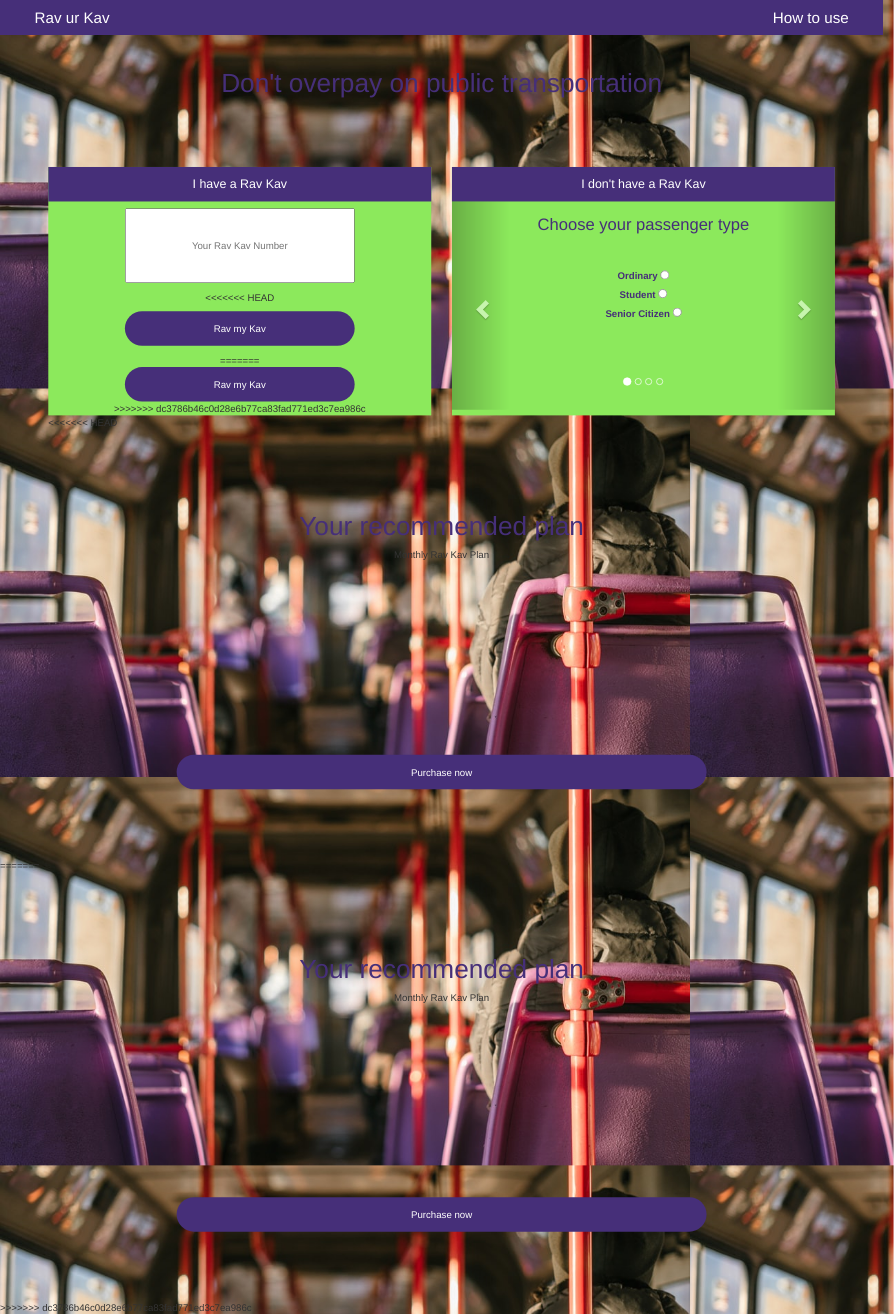
Repository: Louhla/Rav-ur-Kav
Page: index.html
The author's editor kept a copy of each file at every save. The page is drawn from the files as they stood at one save, then again after the next save.
The browser window is 1280 px wide. The page is 1295 px wide, so the pictures cover 1295 px, including what lies to the right of the window. The pictures show the whole page, at 69% of full size.

Above is the page before, as saved 2019-07-17 21:19:01.

### index.html
<!DOCTYPE html>
<html lang="en">

<head>
    <meta charset="utf-8">
    <meta name="viewport" content="width=device-width, initial-scale=1">
    <link rel="stylesheet" href="https://maxcdn.bootstrapcdn.com/bootstrap/3.4.0/css/bootstrap.min.css">
    <script src="https://ajax.googleapis.com/ajax/libs/jquery/3.4.1/jquery.min.js"></script>
    <script src="https://maxcdn.bootstrapcdn.com/bootstrap/3.4.0/js/bootstrap.min.js"></script>
    <link rel="stylesheet" type="text/css" href="./css/rav-ur-kav.css">
    <title>Rav ur kav - Public Transport Calculator</title>
    <meta name="description" content="Get the best rate for your Rav Kav according to your commute">
</head>

<body>
    <div id="modal-wrapper">
        <div class="modal">
            <h1>How to get the most our of your Rav Kav:</h1>
            <h3>For current Rav Kav users:</h3>
            <h3>Log in with your Rav Kav card number located on the back of your card (bottom right corner)</h3>
            <h3>Rav ur Kav alanlyzes your commute history and reccomends the best Rav Kav plan that will save you the
                most money</h3>
            <h3>Not sure what plan is right for you?</h3>
            <h3>Use the Rav Kav plan calculator to figure out which plan is right for you</h3>
            <br>
            <div id="button-box">
                <button class="my-button" id="close">Close</button>
            </div>
        </div>
    </div>
    <div id="root"></div>
    <heading class="header">
        <div class="logo">Rav ur Kav
        </div>
        <div id="how-to">How to use
        </div>
    </heading>

    <div class="container">
        <div class="row">
            <div class="col-md-12">
                <h1>Don't overpay on public transportation</h1>
            </div>
        </div>
        <div class="row">
            <div class="col-md-6">
                <div class="existing-user">
                    <h4>I have a Rav Kav</h4>
                    <input id="rav-kav-number" type=text placeholder="Your Rav Kav Number"></input>
<<<<<<< HEAD
                    <button id="rav-kav-number-button"><a href="#">Rav my Kav</a></button>
=======
                    <a href="#recommended-plan">
                        <input type="submit" value="Rav my Kav" id="rav-kav-number-button" />
                    </a>
>>>>>>> dc3786b46c0d28e6b77ca83fad771ed3c7ea986c
                </div>
            </div>
            <div class="col-md-6">
                <div class="new-user">
                    <h4>I don't have a Rav Kav</h4>
                    <div id="myCarousel" class="carousel slide" data-ride="carousel">
                        <!-- Indicators -->
                        <ol class="carousel-indicators">
                            <li data-target="#myCarousel" data-slide-to="0" class="active"></li>
                            <li data-target="#myCarousel" data-slide-to="1"></li>
                            <li data-target="#myCarousel" data-slide-to="2"></li>
                            <li data-target="#myCarousel" data-slide-to="3"></li>
                        </ol>

                        <!-- Wrapper for slides -->
                        <div class="carousel-inner">
                            <div class="item active">
                                <h3>Choose your passenger type</h3>
                                <form id="passenger-type">
                                    <div>
                                        <label>Ordinary</label>
                                        <input type="radio" name="radio"></input>
                                    </div>
                                    <div>
                                        <label>Student</label>
                                        <input type="radio" name="radio"></input>
                                    </div>
                                    <div>
                                        <label>Senior Citizen</label>
                                        <input type="radio" name="radio"></input>
                                    </div>
                                </form>
                            </div>

                            <div class="item">
                                <h3>Where do you wanna ride?</h3>
                                <form>
                                    <label>Choose a city or several places if you are travelling between cities</label>
                                    <select>
                                        <option selected disabled>City</option>
                                        <option value="low">Tel Aviv</option>
                                        <option value="medium">Jerusalem</option>
                                        <option value="high">Haifa</option>
                                        <option value="high">Rishon Le Zion</option>
                                        <option value="high">Herzlya</option>
                                        <option value="high">Raanana</option>
                                        <option value="high">Netanya</option>
                                        <option value="high">Beit Shemesh</option>
                                    </select>
                                </form>
                            </div>

                            <div class="item">
                                <h3>What's your public transportation?</h3>
                                <table id="driving-pattern">
                                    <tr>
                                        <th>Type</th>
                                        <th>MON</th>
                                        <th>TUE</th>
                                        <th>WED</th>
                                        <th>THU</th>
                                        <th>FRI</th>
                                        <th>SAT</th>
                                        <th>SUN</th>
                                    </tr>
                                    <tr>
                                        <td>City 2 City Bus</td>
                                        <td><input class="rides-per-day" type="number" min="0" max="9"></input></td>
                                        <td><input class="rides-per-day" type="number" min="0" max="9"></input></td>
                                        <td><input class="rides-per-day" type="number" min="0" max="9"></input></td>
                                        <td><input class="rides-per-day" type="number" min="0" max="9"></input></td>
                                        <td><input class="rides-per-day" type="number" ></input></td>
                                        <td><input class="rides-per-day" type="number" min="0" max="9"></input></td>
                                        <td><input class="rides-per-day" type="number" min="0" max="9"></input></td>
                                    </tr>
                                    <tr>
                                        <td>City 2 City Train</td>
                                        <td><input class="rides-per-day" type="number" min="0" max="9"></input></td>
                                        <td><input class="rides-per-day" type="number" min="0" max="9"></input></td>
                                        <td><input class="rides-per-day" type="number" min="0" max="9"></input></td>
                                        <td><input class="rides-per-day" type="number" min="0" max="9"></input></td>
                                        <td><input class="rides-per-day" type="number" min="0" max="9"></input></td>
                                        <td><input class="rides-per-day" type="number" min="0" max="9"></input></td>
                                        <td><input class="rides-per-day" type="number" min="0" max="9"></input></td>
                                    </tr>
                                    <tr>
                                        <td>City Bus</td>
                                        <td><input class="rides-per-day" type="number" min="0" max="9"></input></td>
                                        <td><input class="rides-per-day" type="number" min="0" max="9"></input></td>
                                        <td><input class="rides-per-day" type="number" min="0" max="9"></input></td>
                                        <td><input class="rides-per-day" type="number" min="0" max="9"></input></td>
                                        <td><input class="rides-per-day" type="number" min="0" max="9"></input></td>
                                        <td><input class="rides-per-day" type="number" min="0" max="9"></input></td>
                                        <td><input class="rides-per-day" type="number" min="0" max="9"></input></td>
                                    </tr>
                                </table>
                            </div>
                            <div class="item">
                                <button id="rav-my-kav">Rav my Kav</button>
                            </div>
                        </div>

                        <!-- Left and right controls -->
                        <a class="left carousel-control" href="#myCarousel" data-slide="prev">
                            <span class="glyphicon glyphicon-chevron-left"></span>
                            <span class="sr-only">Previous</span>
                        </a>
                        <a class="right carousel-control" href="#myCarousel" data-slide="next">
                            <span class="glyphicon glyphicon-chevron-right"></span>
                            <span class="sr-only">Next</span>
                        </a>
                    </div>
                </div>
            </div>
        </div>
<<<<<<< HEAD
    </div>
    </div>
    <div class="row">
        <div class="col-md-12 recommended-plan">
            <h2>Your recommended plan</h2>
            <div>
                Monthly Rav Kav Plan
            </div>
            <button id="purchase">Purchase now</button>
        </div>
    </div>
=======
        <div class="row">
            <div class="col-md-12 recommended-plan" id="recommended-plan">
                <h2>Your recommended plan</h2>
                <div>
                    Monthly Rav Kav Plan
                </div>
                <button id="purchase">Purchase now</button>
            </div>
        </div>
>>>>>>> dc3786b46c0d28e6b77ca83fad771ed3c7ea986c
    </div>
    <script type="text/javascript" src="./js/rav-ur-kav.js"></script>
</body>

</html>

### css/rav-ur-kav.css
body {
    margin: 0px;
    padding: 0px;
    background-image: url("/img/bus.jpg");
}
/* Modal START */
#modal-wrapper {
    position: fixed;
    top: 0;
    bottom: 0;
    right: 0;
    left: 0;
    background-color: rgba(0, 0, 0, 0.5);
    z-index: 12345;
    display: none;
}

#modal-wrapper .modal {
    background-color: white;
    width: 90vw;
    height: 90vh;
    position: absolute;
    top: 50%;
    left: 50%;
    transform: translateX(-50%) translateY(-50%);
    border-radius: 5px;
    text-align: center;
    background-image: url('../img/bgm.png');
    background-repeat: no-repeat;
    background-position: center;
    background-size: cover;
    color: white;
    text-shadow: 3px 3px #000000;
    display: flex;
    flex-direction: column;
    align-items: center;
    justify-content: space-evenly;
}

.modal-content {
    background-color: rgba(0, 0, 0, 0.5);
}

.modal-content h1 {
    font-size: 2rem;
    margin-block-start: 0.3rem;
    margin-block-end: 0.3rem;
}

.modal-content h3 {
    font-size: 1rem;
    margin-block-start: 0.5rem;
    margin-block-end: 0.5rem;
}

#button-box {
    width: 70vh;
    display: flex;
    justify-content: flex-end;
}

.my-button {
    color: red;
    background-color: yellow;
    height: 5vh;
    width: 20vh;
    font-size: 4vh;
    text-align: center;
    padding: 0;
}
/* Modal END */

/* Homepage START */
.header{
    display: flex;
    position: fixed;
    z-index: 9;
    justify-content: space-between;
    width: 100%;
    align-items: center;
    box-shadow: 5px;
    background-color: #462F79;
    color: white;
    font-size: 22px;
}
.logo{
    margin: 10px 0px 10px 50px;
}
.how-to{
    margin: 10px 50px 10px 0px;
}
.existing-user{
    background-color: #8CE95C;
    display: flex;
    flex-direction: column;
    text-align: center;
    height: 50vh;
}
.new-user{
    background-color: #8CE95C;
    text-align: center;
    height: 50vh;
}
h1{
    text-align: center;
    margin: 100px;
    color: #8CE95C;
    font-size: 38px;
}
.existing-user > h4, .new-user > h4{
    background-color: #462F79;
    padding: 15px 0px;
    margin: 0px;
    color: white;
}
#rav-kav-number{
    width: 60%;
    margin: auto;
    text-align: center;
}
#rav-kav-number-button, #purchase, #rav-my-kav{
    width: 60%;
    margin: auto;
    height: 50px;
    border-radius: 50px;
    border-style: none;
    color: white;
    background-color: #462F79;
    -webkit-transition: width 0.5s ease-in-out;
    -moz-transition: width 0.5s ease-in-out;
    -ms-transition: width 0.5s ease-in-out;
    transition: width 0.5s ease-in-out;
}
#rav-kav-number-button:hover{
    width: 62%;
}
a{
    cursor:pointer;
    text-decoration: none;
    color: white;
}
a:hover{
    text-decoration: none;
    color: white;
}
#how-to{
    margin: 10px 50px 10px 0px;
    cursor: pointer;
}
.existing-user{
    background-color: #8CE95C;
    display: flex;
    flex-direction: column;
    text-align: center;
    height: 50vh;
}
.new-user{
    background-color: #8CE95C;
    text-align: center;
    height: 50vh;
}
h1{
    text-align: center;
    margin: 100px;
    color: #462F79;
    font-size: 38px;
}
.existing-user > h4, .new-user > h4{
    background-color: #462F79;
    padding: 15px 0px;
    margin: 0px;
    color: white;
}
#rav-kav-number{
    width: 60%;
    height: 30%;
    margin: auto;
    text-align: center;
}
.recommended-plan{
    display: flex;
    align-items :center;
    flex-direction: column;
    margin-top: 100px;
}
.recommended-plan > div{
    height: 300px;
}
h2{
    color: #462F79;
    font-size: 38px;
}
#purchase{
    margin-bottom: 100px;
}
.carousel{
    position: relative;
    height: 84%;
    color: #462F79;
}
#passenger-type{
    display: flex;
    flex-direction: column;
    align-items: center;
    justify-content: space-evenly;
}
label{
    border-radius: 50%;
}
h3{
    margin-bottom: 50px;
}
.rides-per-day{
    width: 30px;
    height: 30px;
}
#driving-pattern{
    margin: auto;
}
/* Homepage END */

### js/rav-ur-kav.js
console.log("step1");

$(document).ready(() => {
    // Globals

    // Modal buttons
    let howToButton = $("#how-to");
    let closeModalButton = $("#close");
    $(closeModalButton).on("click", () => {
      $("#modal-wrapper").toggle();
    });
    $(howToButton).on("click", () => {
      $("#modal-wrapper").toggle();
      console.log('how to')
    });
});
console.log("whats up")



$('#rav-kav-number').on('input', function (event) {
    this.value = this.value.replace(/[^0-9]/g, '');
});

$('.carousel').carousel({
    interval: false
  }).on('slid.bs.carousel', function () {
      curSlide = $('.active');
    if(curSlide.is( ':first-child' )) {
       $('.left').hide();
       return;
    } else {
       $('.left').show();
    }
    if (curSlide.is( ':last-child' )) {
       $('.right').hide();
       return;
    } else {
       $('.right').show();
    }
  });

After the next save:
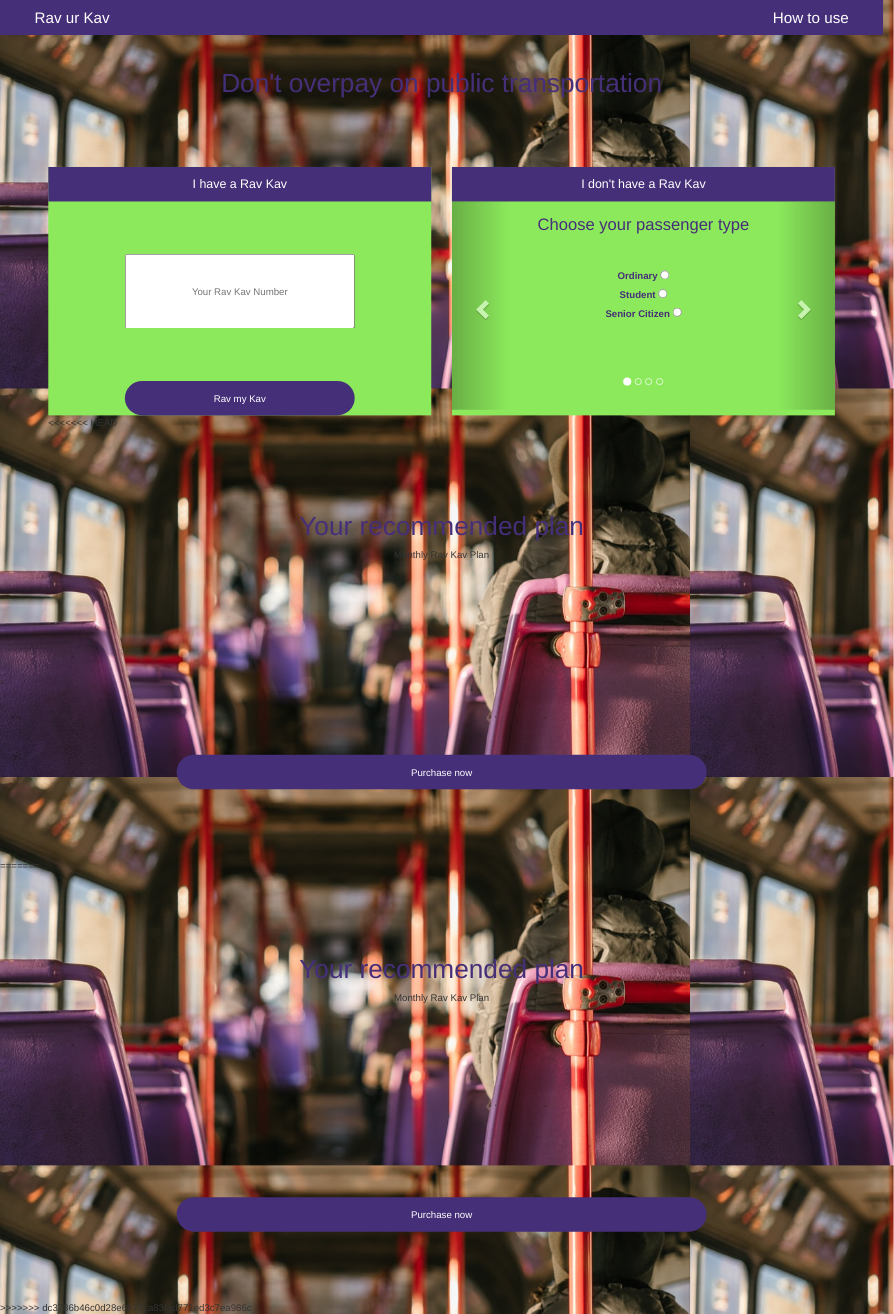
Saved 8 s later.
--- a/index.html
+++ b/index.html
@@ -47,13 +47,9 @@
                 <div class="existing-user">
                     <h4>I have a Rav Kav</h4>
                     <input id="rav-kav-number" type=text placeholder="Your Rav Kav Number"></input>
-<<<<<<< HEAD
-                    <button id="rav-kav-number-button"><a href="#">Rav my Kav</a></button>
-=======
                     <a href="#recommended-plan">
                         <input type="submit" value="Rav my Kav" id="rav-kav-number-button" />
                     </a>
->>>>>>> dc3786b46c0d28e6b77ca83fad771ed3c7ea986c
                 </div>
             </div>
             <div class="col-md-6">
